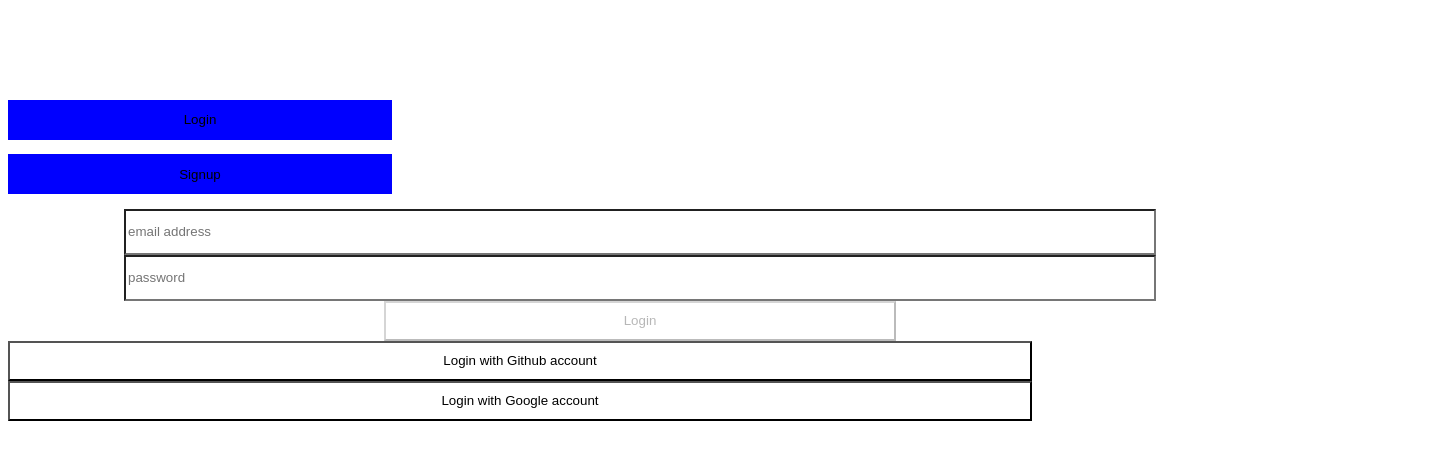
Repository: ValGrace/static-site-generator
Page: /home (app in client-frontend/)
An editor plug-in stored every save of this project. The page is shown before and after the next save, followed by the edit.
The browser window is 1280 px wide. The page is 1280 px wide, then 1438 px, so the pictures cover 1438 px, including what lies to the right of the window. The pictures show the whole page.
The project was rebuilt for these pictures with package versions that can differ from the ones it lists, and the page was loaded fresh each time. Also part of the build but not shown: client-frontend/vite.config.js, client-frontend/src/Components/Signup.jsx, client-frontend/src/App.css.

Above is the page before, as saved 2023-02-04 12:57:41.

After the next save:
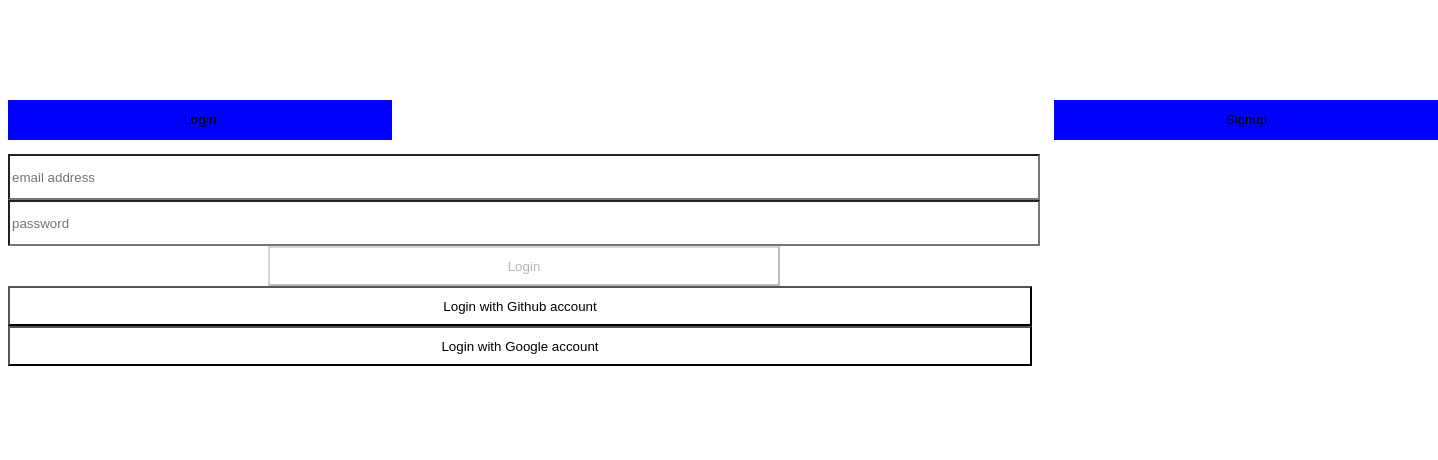
Saved 58 s later.
--- a/client-frontend/src/Components/Inputs.css
+++ b/client-frontend/src/Components/Inputs.css
@@ -16,7 +16,7 @@ input, button {
 
 .toggleForms {
     display: grid;
-    grid-template-columns: 2;
+    grid-template-columns: auto auto;
     gap: 0.9em;
 }
 
